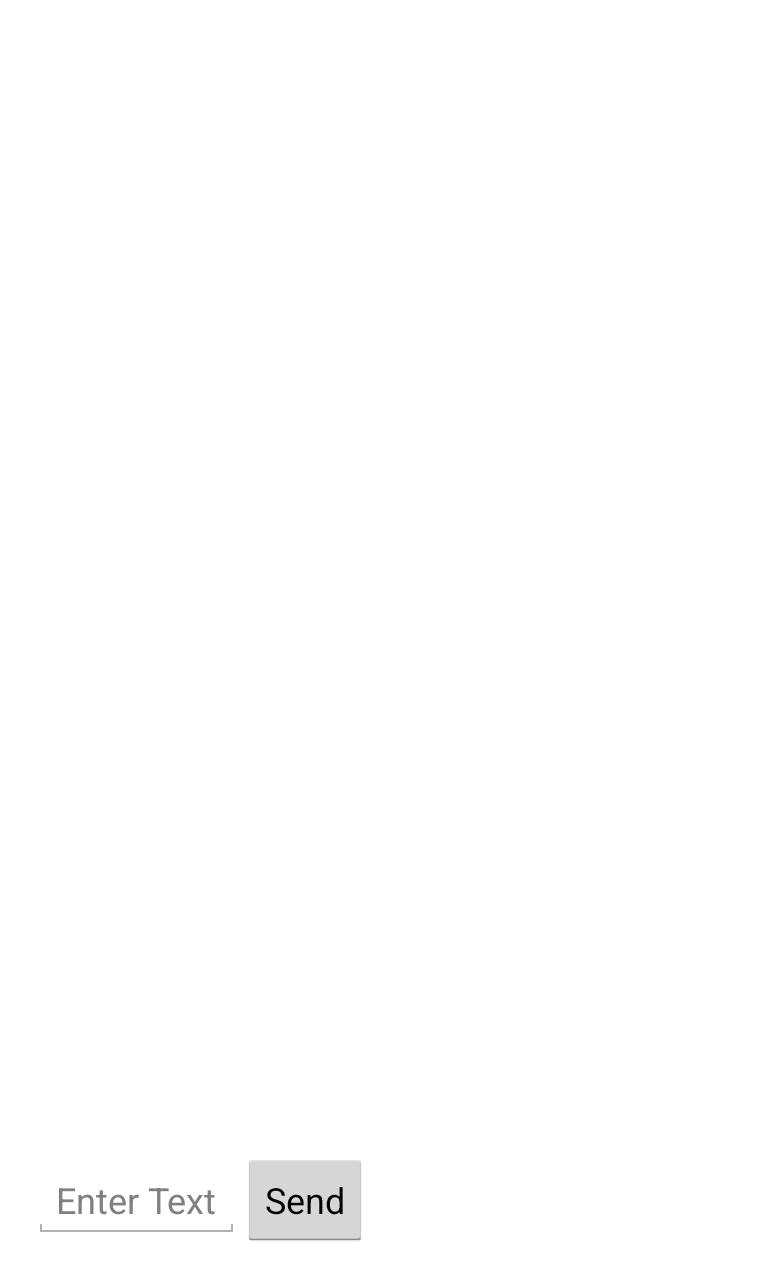
Repository: MICHAELDOVOHORG/mobiledev
Layout: LetsChat/res/layout/activity_message.xml
These files come from the project's save history. The layout is drawn as it stood at one moment and after the next save; the edit follows.
It is drawn on a 768 x 1280 px phone screen (xhdpi) without system bars, with theme AppTheme; the app's code is not run. Lists and similar views that code fills are empty.

Above is the layout before, as saved 2014-03-10 05:01:44.

After the next save:
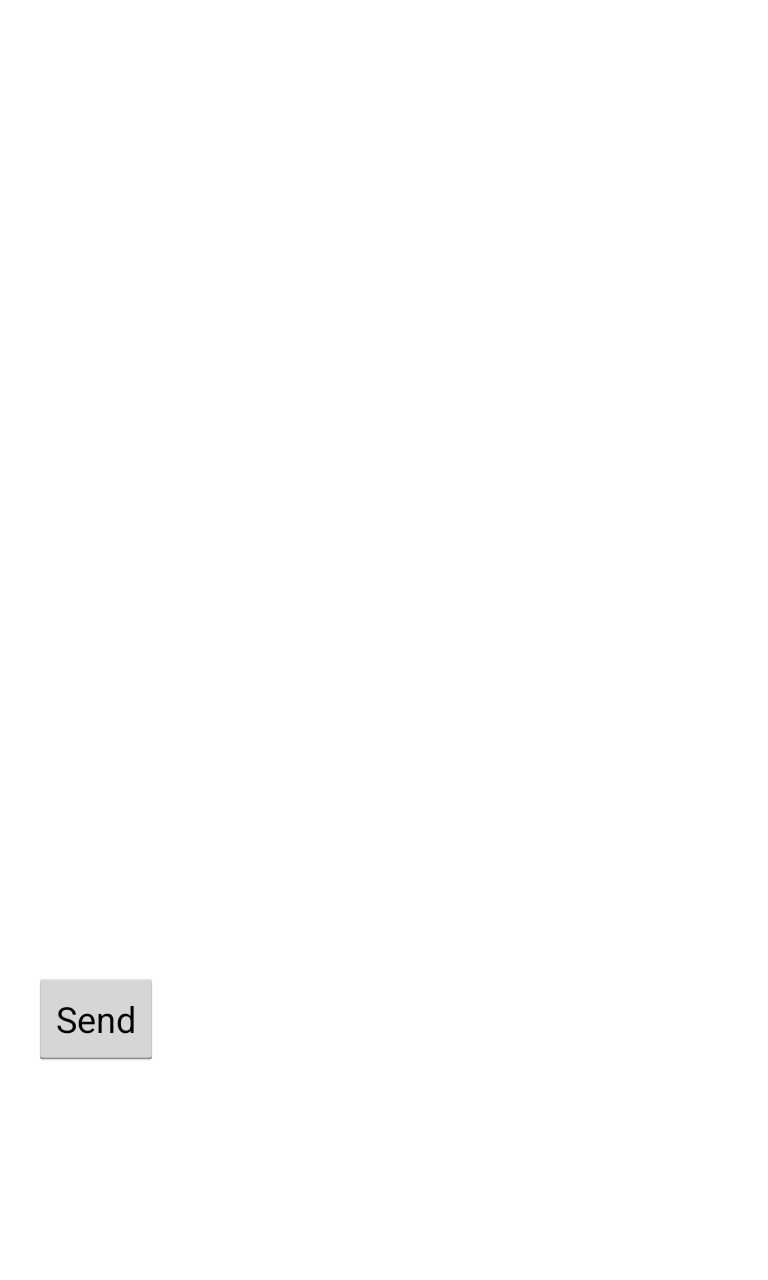
Saved 28 s later.
--- a/LetsChat/res/layout/activity_message.xml
+++ b/LetsChat/res/layout/activity_message.xml
@@ -22,8 +22,9 @@
 
         <EditText
             android:id="@+id/typingArea"
-            android:layout_width="wrap_content"
+            android:layout_width="0dp]"
             android:layout_height="wrap_content"
+            android:width=".75"
             android:hint="Enter Text"
             android:inputType="textMultiLine" />
 

After the 2 saves that followed:
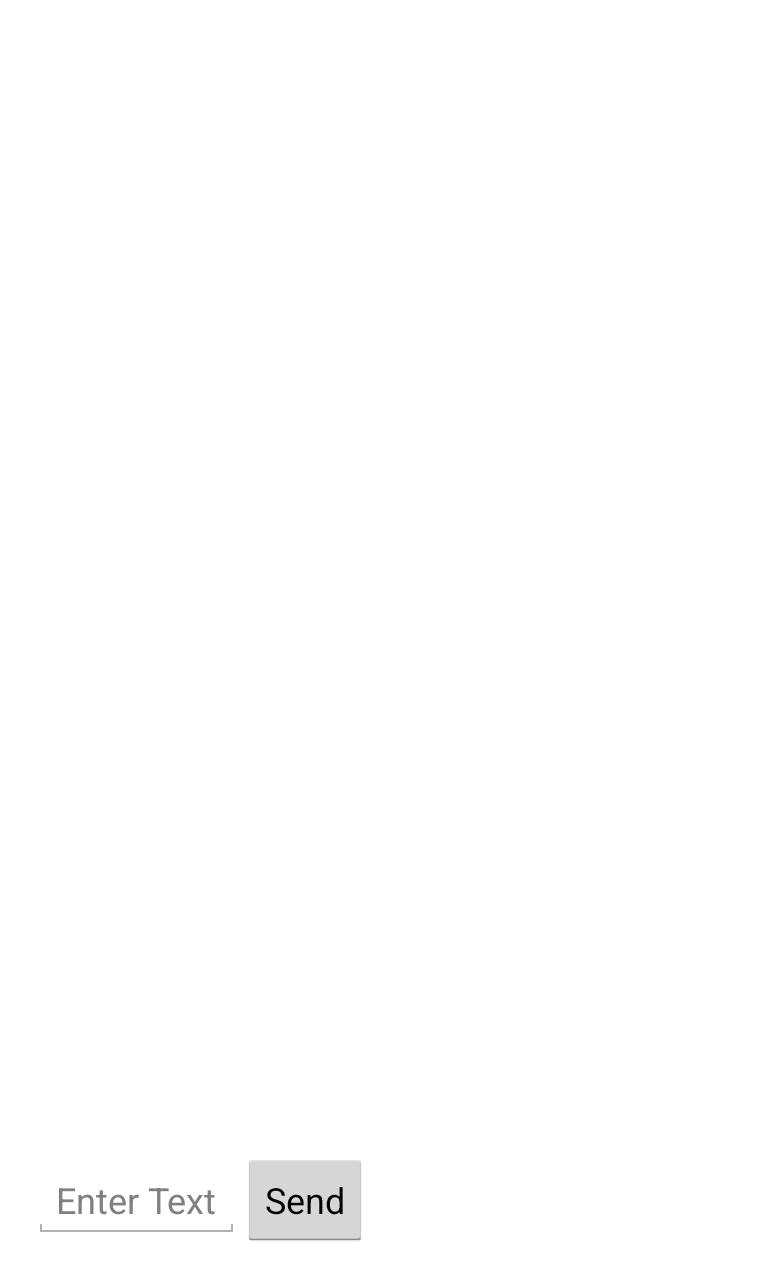
The 2 saves are shown as one change because 1 left the picture as it was.
The last was saved 31 s later.
--- a/LetsChat/res/layout/activity_message.xml
+++ b/LetsChat/res/layout/activity_message.xml
@@ -22,9 +22,9 @@
 
         <EditText
             android:id="@+id/typingArea"
-            android:layout_width="0dp]"
+            android:layout_width="0dp"
             android:layout_height="wrap_content"
-            android:width=".75"
+            android:layout_weight=".75"
             android:hint="Enter Text"
             android:inputType="textMultiLine" />
 
